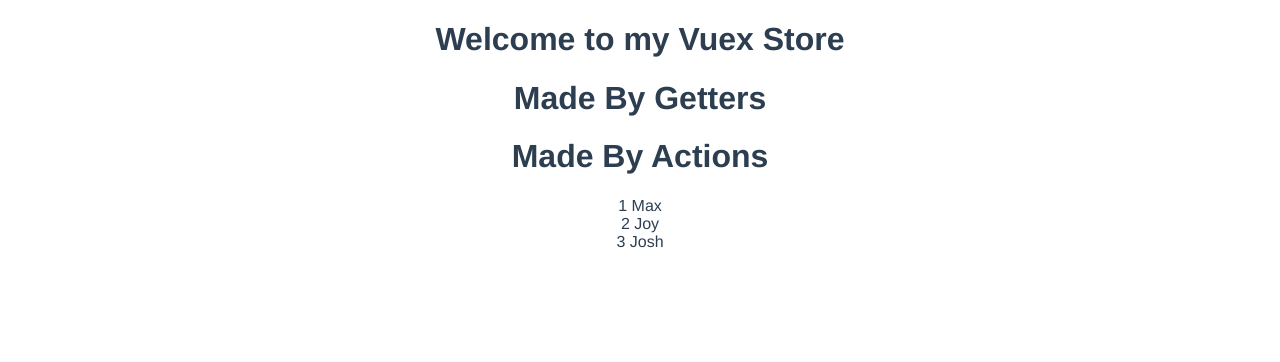
Repository: HaoMiffy/Vue3-compositionAPI-vuex-axios
Page: /
An editor plug-in stored every save of this project. The page is shown before and after the next save, followed by the edit.
The browser window is 1280 px wide. The pictures show the whole page.
The project was rebuilt for these pictures with package versions that can differ from the ones it lists, and the page was loaded fresh each time. Also part of the build but not shown: vue.config.js, src/components/HelloWorld.vue, src/views/HomeView.vue.

Above is the page before, as saved 2022-12-13 16:07:52.

After the next save:
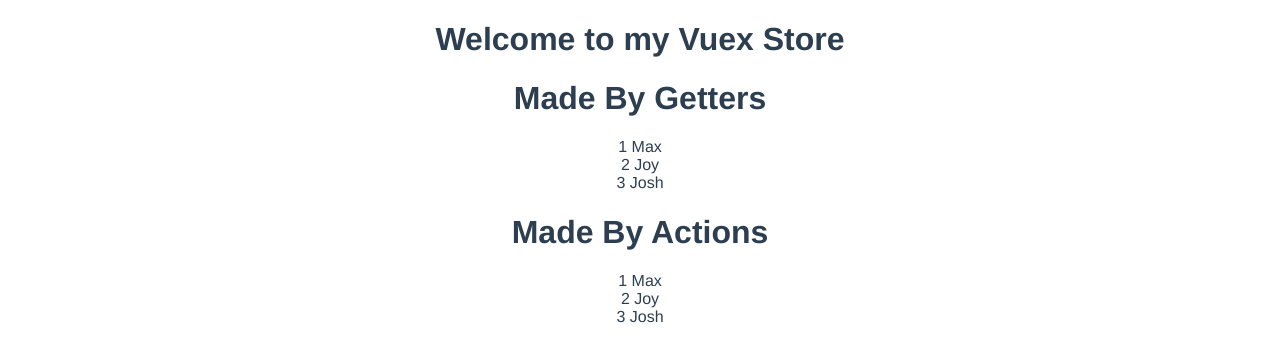
Saved 11 s later.
--- a/src/App.vue
+++ b/src/App.vue
@@ -2,7 +2,7 @@
   <div class="hello">
     <h1>{{ msg }}</h1>
     <h1>Made By Getters</h1>
-    <div v-for="user in getUsers.getUsers" :key="user.id">
+    <div v-for="user in getUsers.users" :key="user.id">
       {{ user.id }} {{ user.name }} {{ user.address }}
     </div>
     <h1>Made By Actions</h1>
